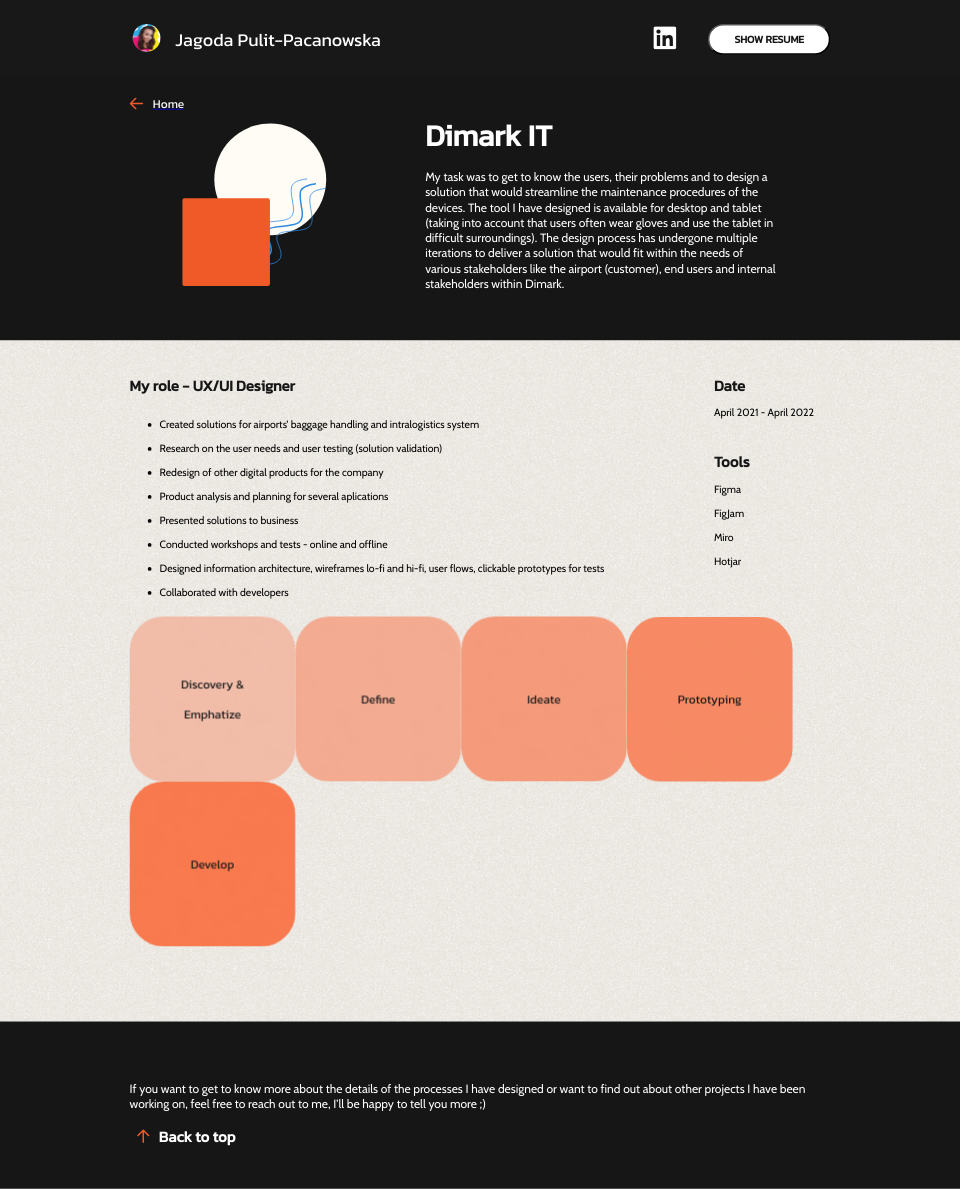
Repository: remigiuszpulit/ux-ui-portfolio
Page: /dimarkit
The author's editor kept a copy of each file at every save. The page is drawn from the files as they stood at one save, then again after the next save.
The browser window is 1280 px wide. The pictures show the whole page, at 75% of full size.
The project was rebuilt for these pictures with package versions that can differ from the ones it lists, and the page was loaded fresh each time. Also part of the build but not shown: src/components/Card.js, src/pages/index.js.

Above is the page before, as saved 2022-10-03 22:32:46.

### public/index.html
<!DOCTYPE html>
<html lang="en">
  <head>
    <meta charset="utf-8" />
    <link rel="icon" href="%PUBLIC_URL%/avatar.svg" />
    <meta name="viewport" content="width=device-width, initial-scale=1" />
    <meta name="theme-color" content="#000000" />
    <meta
      name="description"
      content="Web site created using create-react-app"
    />
    <link rel="apple-touch-icon" href="%PUBLIC_URL%/avatar.svg" />
    <!--
      manifest.json provides metadata used when your web app is installed on a
      user's mobile device or desktop. See https://developers.google.com/web/fundamentals/web-app-manifest/
    -->
    <link rel="manifest" href="%PUBLIC_URL%/manifest.json" />
    <!--
      Notice the use of %PUBLIC_URL% in the tags above.
      It will be replaced with the URL of the `public` folder during the build.
      Only files inside the `public` folder can be referenced from the HTML.

      Unlike "/favicon.ico" or "favicon.ico", "%PUBLIC_URL%/favicon.ico" will
      work correctly both with client-side routing and a non-root public URL.
      Learn how to configure a non-root public URL by running `npm run build`.
    -->
    <title>Jagoda Pulit UX/UI Portfolio</title>
  </head>
  <body>
    <noscript>You need to enable JavaScript to run this app.</noscript>
    <div id="root"></div>
    <!--
      This HTML file is a template.
      If you open it directly in the browser, you will see an empty page.

      You can add webfonts, meta tags, or analytics to this file.
      The build step will place the bundled scripts into the <body> tag.

      To begin the development, run `npm start` or `yarn start`.
      To create a production bundle, use `npm run build` or `yarn build`.
    -->
  </body>
</html>

### src/index.js
import React from "react";
import ReactDOM from "react-dom/client";
import "./index.css";
import App from "./App";
import reportWebVitals from "./reportWebVitals";

const root = ReactDOM.createRoot(document.getElementById("root"));
root.render(
  // <React.StrictMode>
  <App />
  // </React.StrictMode> */
);

// If you want to start measuring performance in your app, pass a function
// to log results (for example: reportWebVitals(console.log))
// or send to an analytics endpoint. Learn more: https://bit.ly/CRA-vitals
reportWebVitals();

### src/App.js
import { BrowserRouter, Routes, Route, useLocation } from "react-router-dom";
import Navbar from "./components/Navbar";
import GlobalStyle from "./globalStyles";
import Index from "./pages";
import Dimark from "./pages/dimark";

function App() {
  return (
    <>
      <GlobalStyle />
      <BrowserRouter>
        <Navbar />
        <Routes>
          <Route path="/" element={<Index />} />
          <Route path="/dimarkit" element={<Dimark />} />
        </Routes>
      </BrowserRouter>
    </>
  );
}

export default App;

### src/components/Navbar.js
import React from "react";
import styled from "styled-components";
import avatar from "../static/avatar.svg";
import LinkedinIcon from "../static/LinkedinIcon.svg";
import LinkedinIconWhite from "../static/LinkedinIconWhite.svg";
import "@fontsource/kanit";
import { useLocation } from "react-router-dom";

function Navbar() {
  const location = useLocation();
  const isLight = location.pathname != "/";
  return (
    <NavContainer>
      <NavWrapper>
        <ItemsWrapper>
          <img src={avatar} alt="Avatar" />
          <LogoText isLight={isLight}>Jagoda Pulit-Pacanowska</LogoText>
        </ItemsWrapper>
        <ItemsWrapper>
          <a
            href="https://www.linkedin.com/in/jagoda-pulit/"
            target={"_blank"}
            rel="noreferrer"
          >
            <img
              src={isLight ? LinkedinIconWhite : LinkedinIcon}
              alt="LinkedinIcon"
            />
          </a>
          <ResumeButton isLight={isLight}>
            <ResumeButtonText isLight={isLight}>show resume</ResumeButtonText>
          </ResumeButton>
        </ItemsWrapper>
      </NavWrapper>
    </NavContainer>
  );
}

export default Navbar;

const NavContainer = styled.nav`
  height: 105px;
  background: rgba(232, 228, 222, 0.01);
  backdrop-filter: blur(3px);
  position: fixed;
  display: flex;
  width: 100%;
  justify-content: center;
`;

const NavWrapper = styled.div`
  width: 73%;
  display: flex;
  justify-content: center;
  align-items: center;
  flex-direction: column;
  @media (min-width: 768px) {
    justify-content: space-between;
    flex-direction: row;
    width: 73%;
  }
`;
const ItemsWrapper = styled.div`
  display: flex;
  align-items: center;
`;
const LogoText = styled.h3`
  margin-left: 16px;
  font-family: "Kanit";
  font-style: normal;
  font-weight: 500;
  font-size: 16px;
  @media (min-width: 768px) {
    font-size: 24px;
  }
  line-height: 124%;
  color: #161616;
  ${({ isLight }) =>
    isLight &&
    `
    color: white;
  `}
`;

const ResumeButton = styled.button`
  display: flex;
  flex-direction: row;
  width: 163px;
  height: 41px;
  justify-content: center;
  margin-left: 42px;
  align-items: center;
  padding: 10px;
  background: #161616;
  border-radius: 159px;
  ${({ isLight }) =>
    isLight &&
    `
    background: white;
  `}
`;

const ResumeButtonText = styled.h4`
  font-family: "Kanit";
  font-style: normal;
  font-weight: 600;
  font-size: 14px;
  line-height: 21px;
  /* identical to box height */

  text-transform: uppercase;

  color: #ffffff;

  /* Inside auto layout */
  ${({ isLight }) =>
    isLight &&
    `
    color: #161616;
  `}

  flex: none;
  order: 0;
  flex-grow: 0;
`;

### src/globalStyles.js
import { createGlobalStyle } from "styled-components";

const GlobalStyle = createGlobalStyle`
  /*! normalize.css v8.0.1 | MIT License | github.com/necolas/normalize.css */

/* Document
   ========================================================================== */

/**
 * 1. Correct the line height in all browsers.
 * 2. Prevent adjustments of font size after orientation changes in iOS.
 */

html {
  line-height: 1.15; /* 1 */
  -webkit-text-size-adjust: 100%; /* 2 */
}

/* Sections
   ========================================================================== */

/**
 * Remove the margin in all browsers.
 */

body {
  margin: 0;
}


main {
  display: block;
}


h1 {
  font-size: 2em;
  margin: 0.67em 0;
}

/* Grouping content
   ========================================================================== */

/**
 * 1. Add the correct box sizing in Firefox.
 * 2. Show the overflow in Edge and IE.
 */

hr {
  box-sizing: content-box; /* 1 */
  height: 0; /* 1 */
  overflow: visible; /* 2 */
}



pre {
  font-family: monospace, monospace; /* 1 */
  font-size: 1em; /* 2 */
}

/* Text-level semantics
   ========================================================================== */

/**
 * Remove the gray background on active links in IE 10.
 */

a {
  background-color: transparent;
}

/**
 * 1. Remove the bottom border in Chrome 57-
 * 2. Add the correct text decoration in Chrome, Edge, IE, Opera, and Safari.
 */

abbr[title] {
  border-bottom: none; /* 1 */
  text-decoration: underline; /* 2 */
  text-decoration: underline dotted; /* 2 */
}

/**
 * Add the correct font weight in Chrome, Edge, and Safari.
 */

b,
strong {
  font-weight: bolder;
}


code,
kbd,
samp {
  font-family: monospace, monospace; /* 1 */
  font-size: 1em; /* 2 */
}

/**
 * Add the correct font size in all browsers.
 */

small {
  font-size: 80%;
}



sub,
sup {
  font-size: 75%;
  line-height: 0;
  position: relative;
  vertical-align: baseline;
}

sub {
  bottom: -0.25em;
}

sup {
  top: -0.5em;
}

/* Embedded content
   ========================================================================== */

/**
 * Remove the border on images inside links in IE 10.
 */

img {
  border-style: none;
}

/* Forms
   ========================================================================== */

/**
 * 1. Change the font styles in all browsers.
 * 2. Remove the margin in Firefox and Safari.
 */

button,
input,
optgroup,
select,
textarea {
  font-family: inherit; /* 1 */
  font-size: 100%; /* 1 */
  line-height: 1.15; /* 1 */
  margin: 0; /* 2 */
}

/**
 * Show the overflow in IE.
 * 1. Show the overflow in Edge.
 */

button,
input { /* 1 */
  overflow: visible;
}

/**
 * Remove the inheritance of text transform in Edge, Firefox, and IE.
 * 1. Remove the inheritance of text transform in Firefox.
 */

button,
select { /* 1 */
  text-transform: none;
}

/**
 * Correct the inability to style clickable types in iOS and Safari.
 */

button,
[type="button"],
[type="reset"],
[type="submit"] {
  -webkit-appearance: button;
}

/**
 * Remove the inner border and padding in Firefox.
 */

button::-moz-focus-inner,
[type="button"]::-moz-focus-inner,
[type="reset"]::-moz-focus-inner,
[type="submit"]::-moz-focus-inner {
  border-style: none;
  padding: 0;
}

/**
 * Restore the focus styles unset by the previous rule.
 */

button:-moz-focusring,
[type="button"]:-moz-focusring,
[type="reset"]:-moz-focusring,
[type="submit"]:-moz-focusring {
  outline: 1px dotted ButtonText;
}

/**
 * Correct the padding in Firefox.
 */

fieldset {
  padding: 0.35em 0.75em 0.625em;
}



legend {
  box-sizing: border-box; /* 1 */
  color: inherit; /* 2 */
  display: table; /* 1 */
  max-width: 100%; /* 1 */
  padding: 0; /* 3 */
  white-space: normal; /* 1 */
}

/**
 * Add the correct vertical alignment in Chrome, Firefox, and Opera.
 */

progress {
  vertical-align: baseline;
}

/**
 * Remove the default vertical scrollbar in IE 10+.
 */

textarea {
  overflow: auto;
}

/**
 * 1. Add the correct box sizing in IE 10.
 * 2. Remove the padding in IE 10.
 */

[type="checkbox"],
[type="radio"] {
  box-sizing: border-box; /* 1 */
  padding: 0; /* 2 */
}

/**
 * Correct the cursor style of increment and decrement buttons in Chrome.
 */

[type="number"]::-webkit-inner-spin-button,
[type="number"]::-webkit-outer-spin-button {
  height: auto;
}

/**
 * 1. Correct the odd appearance in Chrome and Safari.
 * 2. Correct the outline style in Safari.
 */

[type="search"] {
  -webkit-appearance: textfield; /* 1 */
  outline-offset: -2px; /* 2 */
}

/**
 * Remove the inner padding in Chrome and Safari on macOS.
 */

[type="search"]::-webkit-search-decoration {
  -webkit-appearance: none;
}



::-webkit-file-upload-button {
  -webkit-appearance: button; /* 1 */
  font: inherit; /* 2 */
}

/* Interactive
   ========================================================================== */

/*
 * Add the correct display in Edge, IE 10+, and Firefox.
 */

details {
  display: block;
}

/*
 * Add the correct display in all browsers.
 */

summary {
  display: list-item;
}

/* Misc
   ========================================================================== */

/**
 * Add the correct display in IE 10+.
 */

template {
  display: none;
}

/**
 * Add the correct display in IE 10.
 */

[hidden] {
  display: none;
}

`;

export default GlobalStyle;

### src/pages/dimark.js
import React from "react";
import styled from "styled-components";
import grafika_dimark from "../static/grafika_dimark.svg";
import PageLayout from "../components/PageLayout";
import Pill from "../components/dimark/Pill";

const headParagraph =
  "My task was to get to know the users, their problems and to design a solution that would streamline the maintenance procedures of the devices. The tool I have designed is available for desktop and tablet (taking into account that users often wear gloves and use the tablet in difficult surroundings). The design process has undergone multiple iterations to deliver a solution that would fit within the needs of various stakeholders like the airport (customer), end users and internal stakeholders within Dimark.";

function Dimark() {
  return (
    <>
      <PageLayout
        color={"#F05A28"}
        logo={grafika_dimark}
        head={"Dimark IT"}
        par={headParagraph}
      >
        <FlexContainer>
          <ColumnContainer>
            <Title3>My role - UX/UI Designer</Title3>
            <ul>
              <StyledListItem>
                Created solutions for airports’ baggage handling and
                intralogistics system
              </StyledListItem>
              <StyledListItem>
                Research on the user needs and user testing (solution
                validation)
              </StyledListItem>
              <StyledListItem>
                Redesign of other digital products for the company
              </StyledListItem>
              <StyledListItem>
                Product analysis and planning for several aplications
              </StyledListItem>
              <StyledListItem>Presented solutions to business</StyledListItem>
              <StyledListItem>
                Conducted workshops and tests - online and offline
              </StyledListItem>
              <StyledListItem>
                Designed information architecture, wireframes lo-fi and hi-fi,
                user flows, clickable prototypes for tests
              </StyledListItem>
              <StyledListItem>Collaborated with developers</StyledListItem>
            </ul>
          </ColumnContainer>
          <ColumnContainer>
            <Title3>Date</Title3>
            <TextListStyle style={{ marginBottom: "30px" }}>
              April 2021 - April 2022
            </TextListStyle>
            <Title3>Tools</Title3>
            <TextListStyle>Figma</TextListStyle>
            <TextListStyle>FigJam</TextListStyle>
            <TextListStyle>Miro</TextListStyle>
            <TextListStyle>Hotjar</TextListStyle>
          </ColumnContainer>
        </FlexContainer>
        <FlexWrapContainer>
          <Pill opacity={0.26} text={"Discovery & Emphatize"} />
          <Pill opacity={0.36} text={"Define"} />
          <Pill opacity={0.46} text={"Ideate"} />
          <Pill opacity={0.56} text={"Prototyping"} />
          <Pill opacity={0.66} text={"Develop"} />
        </FlexWrapContainer>
      </PageLayout>
    </>
  );
}

export default Dimark;

const ColumnContainer = styled.div`
  display: flex;
  flex-direction: column;
`;

const FlexWrapContainer = styled.div`
  display: flex;
  flex-wrap: wrap;
`;

const FlexContainer = styled.div`
  display: flex;
  flex-direction: column;
  @media (min-width: 992px) {
    flex-direction: row;
    gap: 146px;
  }
`;

const Title3 = styled.h3`
  font-family: "Kanit";
  font-style: normal;
  font-weight: 700;
  font-size: 20px;
  margin: unset;
  line-height: 40px;
  /* identical to box height, or 200% */

  /* Black */

  color: #161616;
`;
const StyledListItem = styled.li`
  font-family: "Cabin";
  font-style: normal;
  font-weight: 400;
  font-size: 14px;
  margin: unset;
  line-height: 32px;
  /* or 229% */

  color: #000000;
`;

const TextListStyle = styled.p`
  font-family: "Cabin";
  font-style: normal;
  font-weight: 400;
  font-size: 14px;
  line-height: 32px;
  margin: unset;
  /* or 229% */

  color: #000000;
`;

### src/components/PageLayout.js
import React, { useRef } from "react";
import styled from "styled-components";
import BackgroundLight from "../static/BackgroundLight.png";
import PageHead from "../components/PageHead";
import Footer from "./Footer";

function PageLayout({ color, logo, head, par, children }) {
  const ref = useRef(null);
  return (
    <>
      <PageHead ref={ref} color={color} logo={logo} head={head} par={par} />
      <Page>
        <Container>{children}</Container>
      </Page>
      <Footer color={color} to={ref.current} />
    </>
  );
}

export default PageLayout;
const Page = styled.div`
  display: flex;
  justify-content: center;
  background-image: url(${BackgroundLight});
`;

const Container = styled.div`
  width: 73%;
  padding-top: 40px;
  padding-bottom: 100px;
`;

### src/components/dimark/Pill.js
import React from "react";
import styled from "styled-components";

function Pill({ opacity, text }) {
  const color = `rgba(255, 64, 0, ${opacity})`;

  return (
    <Box style={{ background: color }}>
      <Text>{text}</Text>
    </Box>
  );
}

export default Pill;

const Box = styled.div`
  display: flex;
  flex-direction: column;
  justify-content: center;
  align-items: center;
  padding: 35px;
  width: 151px;
  height: 150px;
  gap: 10px;
  backdrop-filter: blur(5.5px);
  /* Note: backdrop-filter has minimal browser support */

  border-radius: 45px;
`;

const Text = styled.p`
  font-family: "Kanit";
  font-style: normal;
  font-weight: 500;
  font-size: 16px;
  line-height: 40px;
  /* or 250% */

  text-align: center;

  color: #1c1c1c;

  /* Inside auto layout */

  flex: none;
  order: 0;
  flex-grow: 0;
`;

### src/components/PageHead.js
import React from "react";
import { Link } from "react-router-dom";
import styled from "styled-components";
import ArrowLeft from "./ArrowLeft";

const PageHead = React.forwardRef(({ color, logo, head, par }, ref) => (
  <Container ref={ref}>
    <Wrapper>
      <BackLink to={"/"}>
        <ArrowLeft color={color} />
        <BackLinkText>Home</BackLinkText>
      </BackLink>
      <HeadContainer>
        <HeadWrapper>
          <ImageContainer src={logo} />
          <TextContainer>
            <HeadText>{head}</HeadText>
            <HeadPar>{par}</HeadPar>
          </TextContainer>
        </HeadWrapper>
      </HeadContainer>
    </Wrapper>
  </Container>
));

export default PageHead;

const Container = styled.div`
  display: flex;
  justify-content: center;

  background-color: #161616;
  padding-top: 150px;
  @media (min-width: 768px) {
    padding-top: 105px;
  }
`;

const Wrapper = styled.div`
  padding-top: 21px;
  width: 73%;
  display: flex;
  flex-direction: column;
`;

const BackLink = styled(Link)`
  display: flex;
  align-items: center;
`;

const BackLinkText = styled.span`
  font-family: "Kanit";
  font-style: normal;
  font-weight: 300;
  font-size: 16px;
  line-height: 24px;
  text-decoration: none;
  margin-left: 13px;
  /* identical to box height */

  color: #ffffff;
`;

const HeadContainer = styled.div`
  display: flex;
  justify-content: center;
`;

const HeadWrapper = styled.div`
  width: 100%;
  display: flex;
  flex-direction: column-reverse;
  gap: 20px;
  margin-bottom: 24px;

  @media (min-width: 992px) {
    width: 85%;
    flex-direction: row;
    justify-content: center;
    gap: 100px;
    margin-bottom: 48px;
  }
`;

const ImageContainer = styled.img`
  max-height: 250px;
`;

const TextContainer = styled.div`
  display: flex;
  flex-direction: column;
  align-items: flex-start;
`;

const HeadText = styled.h1`
  font-family: "Kanit";
  font-style: normal;
  font-weight: 700;
  font-size: 40px;
  margin: unset;
  line-height: 60px;
  /* identical to box height */

  text-align: center;

  color: #ffffff;
`;

const HeadPar = styled.p`
  font-family: "Cabin";
  font-style: normal;
  font-weight: 500;
  font-size: 16px;
  line-height: 128%;
  max-width: 670px;
  /* or 20px */

  color: #ffffff;
`;

### src/components/Footer.js
import React from "react";
import styled from "styled-components";
import ArrowUp from "./ArrowUp";

function Footer({ color, to }) {
  return (
    <Container>
      <Wrapper>
        <Text>
          If you want to get to know more about the details of the processes I
          have designed or want to find out about other projects I have been
          working on, feel free to reach out to me, I’ll be happy to tell you
          more ;)
        </Text>
        <Button onClick={() => to?.scrollIntoView({ behavior: "smooth" })}>
          <ArrowUp color={color} />
          <ButtonText>Back to top</ButtonText>
        </Button>
      </Wrapper>
    </Container>
  );
}

export default Footer;

const Container = styled.div`
  background: #161616;
  padding-top: 64px;
  padding-bottom: 54px;
  display: flex;
  justify-content: center;
`;

const Wrapper = styled.div`
  width: 73%;
  display: flex;
  flex-direction: column;
`;

const Text = styled.p`
  font-family: "Cabin";
  font-style: normal;
  font-weight: 500;
  font-size: 16px;
  line-height: 128%;
  /* or 20px */

  color: #ffffff;
`;

const Button = styled.button`
  background: none;
  border: none;
  display: flex;
  align-items: center;
`;

const ButtonText = styled.span`
  font-family: "Kanit";
  font-style: normal;
  font-weight: 600;
  margin-left: 9px;
  font-size: 20px;
  line-height: 30px;
  /* identical to box height */

  color: #ffffff;
`;

### src/components/ArrowLeft.js
import React from "react";

function ArrowLeft({ color }) {
  return (
    <svg
      width="18"
      height="16"
      viewBox="0 0 18 16"
      fill="none"
      xmlns="http://www.w3.org/2000/svg"
    >
      <path
        d="M1 8L17 8M8 1L1 8L8 15"
        stroke={`${color}`}
        stroke-width="2"
        stroke-linecap="round"
        stroke-linejoin="round"
      />
    </svg>
  );
}

export default ArrowLeft;

### src/components/ArrowUp.js
import React from "react";

function ArrowUp({ color }) {
  return (
    <svg
      width="24"
      height="24"
      viewBox="0 0 24 24"
      fill="none"
      xmlns="http://www.w3.org/2000/svg"
    >
      <path
        d="M12 4L12 20M19 11L12 4L5 11"
        stroke={`${color}`}
        stroke-width="2"
        stroke-linecap="round"
        stroke-linejoin="round"
      />
    </svg>
  );
}

export default ArrowUp;

Loaded but not shown: src/index.css (common file); src/reportWebVitals.js (common file)

After the next save:
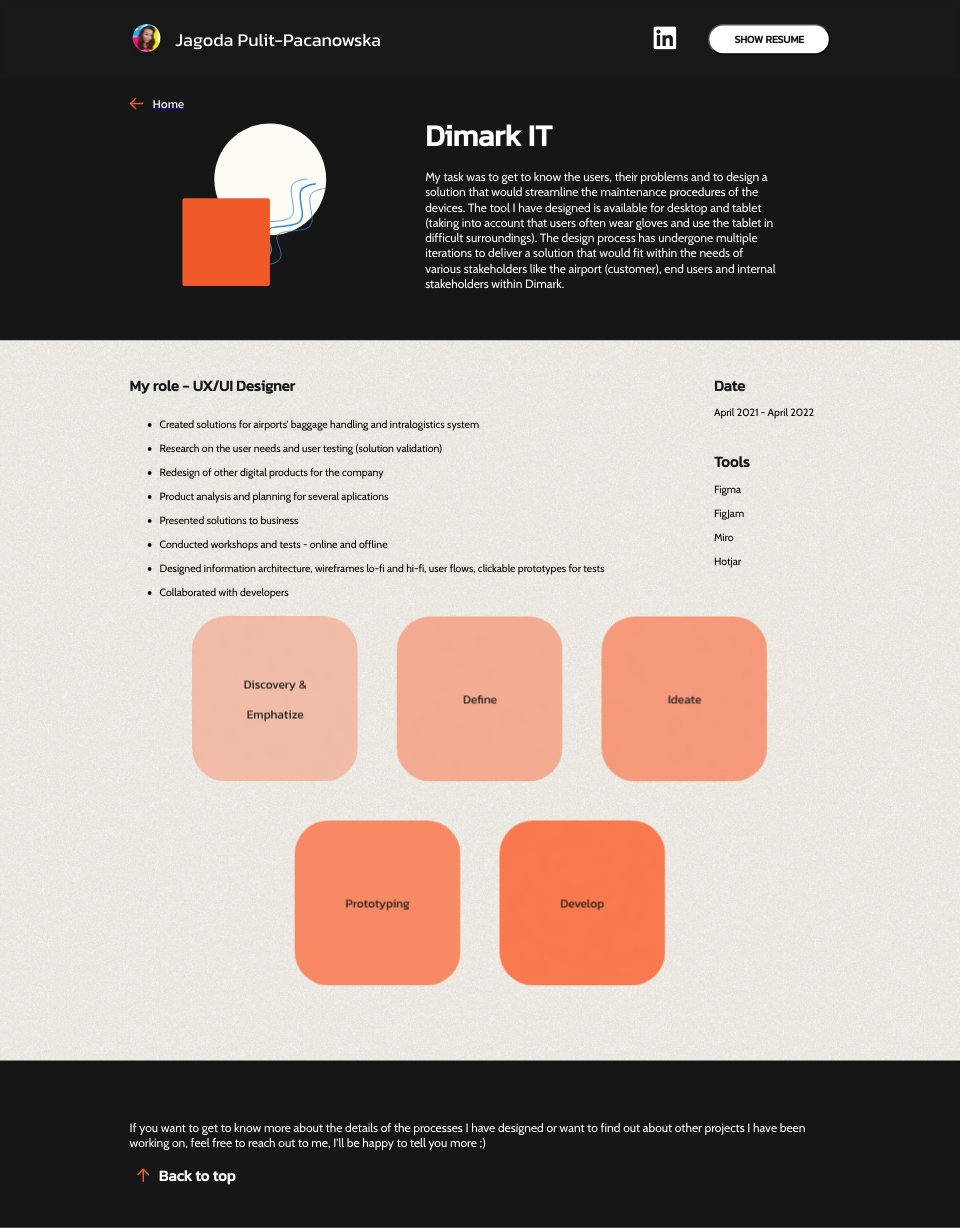
Saved 36 s later.
--- a/src/pages/dimark.js
+++ b/src/pages/dimark.js
@@ -78,6 +78,8 @@
 
 const FlexWrapContainer = styled.div`
   display: flex;
+  justify-content: center;
+  gap: 52px;
   flex-wrap: wrap;
 `;
 
